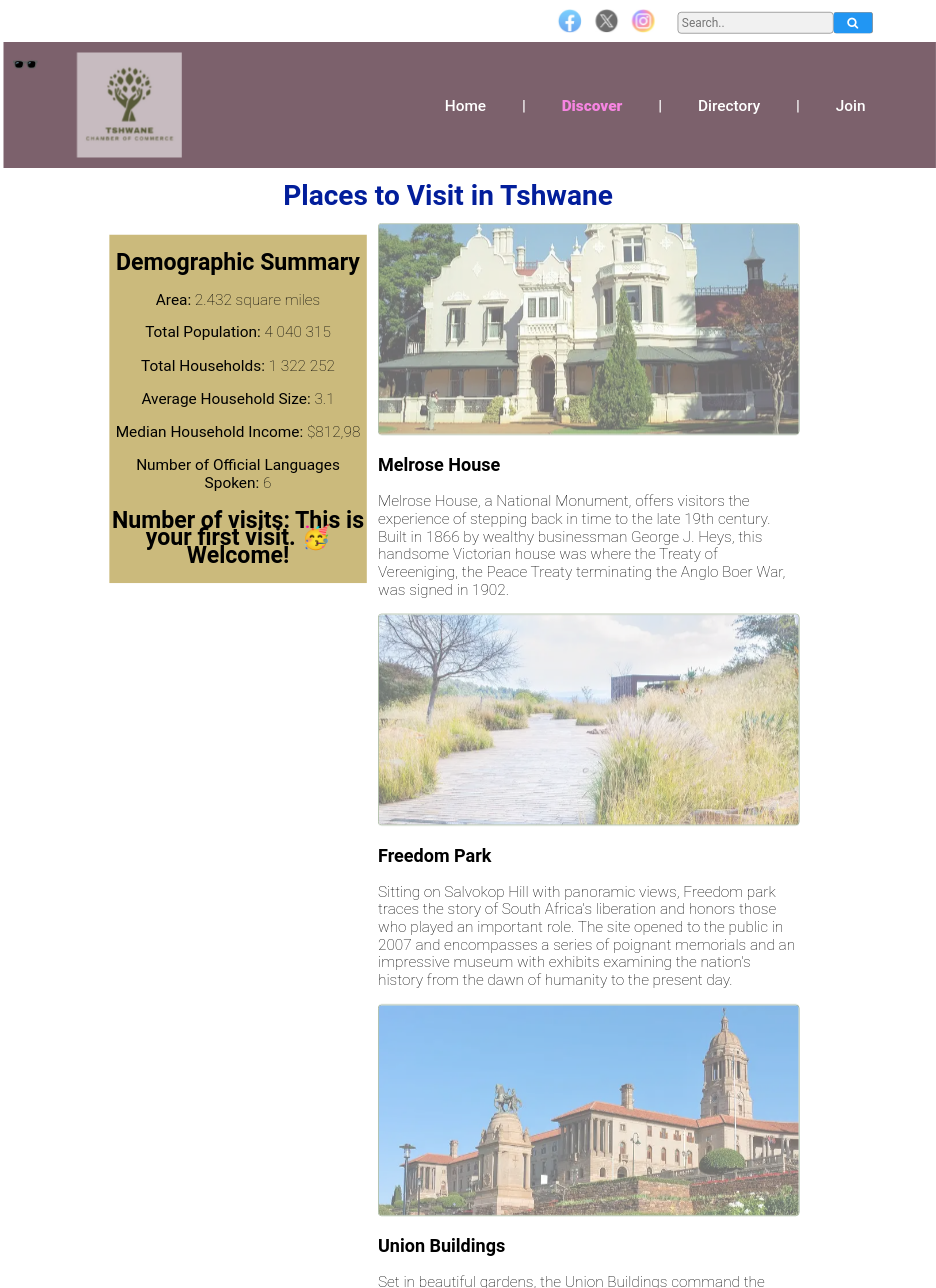
Repository: mszakutumela/wdd230
Page: chamber/discover.html
These files come from the project's save history. The page is drawn as it stood at one moment and after the next save; the edit follows.
The browser window is 1280 px wide. The page is 1337 px wide, so the pictures cover 1337 px, including what lies to the right of the window. The pictures show the part of the page from y = 0 to 1840 px (the page is 4175 px tall), at 70% of full size.
Some web fonts or font styles are not loaded; a fallback is used.

Above is the page before, as saved 2024-02-23 01:25:13.

### chamber/discover.html
<!DOCTYPE html>
<html lang="en">

<head>
    <meta charset="UTF-8">
    <meta http-equiv="X-UA-Compatible" content="IE=edge">
    <meta name="viewport" content="width=device-width, initial-scale=1.0">
    <title>Tshwane Chamber of Commerce Website - Discover Page</title>
    <meta name="description" content="Chamber of Commerce Website, Discover Page. WDD230 Project">
    <meta name="author" content="Ayanda Ndlovu">
    <meta property="og:title" content="Ayanda Ndlovu - Tshwane Chamber of Commerce">
    <meta property="og:type" content="website">
    <meta property="og:image" content="https://upload.wikimedia.org/wikipedia/commons/6/6b/Uniegebou.jpg">
    <meta property="og:url" content="https://mszakutumela.github.io/wdd230/chamber">
    <link rel="preconnect" href="https://fonts.googleapis.com">
    <link rel="preconnect" href="https://fonts.gstatic.com" crossorigin>
    <link
        href="https://fonts.googleapis.com/css2?family=Roboto+Serif:ital,opsz,wght@0,8..144,300;0,8..144,400;0,8..144,500;0,8..144,700;1,8..144,300;1,8..144,400;1,8..144,500;1,8..144,700&display=swap"
        rel="stylesheet">
    <link rel="stylesheet" href="styles/normalize.css">
    <link rel="stylesheet" href="styles/base.css">
    <link rel="stylesheet" href="styles/larger.css">
    <link rel="stylesheet" href="https://cdnjs.cloudflare.com/ajax/libs/font-awesome/4.7.0/css/font-awesome.min.css">
    <link rel="icon" href="favicon.ico">
</head>

<body>
    <header>
        <div class="socialHeader">
            <a href="https://facebook.com" target="_blank">
                <img src="images/FB_icon.webp" alt="fb icon">
            </a>
            <a href="https://twitter.com" target="_blank">
                <img src="images/twitter_icon.webp" alt="twitter icon">
            </a>
            <a href="https://instagram.com" target="_blank">
                <img src="images/Instagram_icon.webp" alt="instagram icon">
            </a>
        </div>
        <div class="container-a">
            <form class="searchBar" action="/action_page.php">
                <input type="text" placeholder="Search.." name="search">
                <button type="submit">
                    <i class="fa fa-search"></i>
                </button>
            </form>
        </div>
        <div id="darkButton">
            🕶️
        </div>
    </header>

    <nav>
        <div id="titleHeader">
            <img id="logoHeader" src="images/Logo(1).webp" alt="Logo of Tshwane Chamber of Commerce Website">
        </div>
        <button id="menuButton"></button>
        <ul class="menuLinks">
            <li><a id="mLinks1" href="index.html" title="Home">Home</a></li>
            <li><a id="line1" title="verticalLine">|</a></li>
            <li class="current-menu-item"><a id="mLinks2" class="active" href="discover.html"
                    title="Discover">Discover</a></li>
            <li><a id="line2" title="verticalLine">|</a></li>
            <li><a id="mLinks3" href="directory.html" title="Directory">Directory</a></li>
            <li><a id="line3" title="verticalLine">|</a></li>
            <li><a id="mLinks4" href="join.html" title="Join">Join</a></li>
        </ul>
    </nav>

    <main>
        <div class="discover">
            <h1>Places to Visit in Tshwane</h1>

            <section class="demographics">
                <h2>Demographic Summary</h2>
                <p><strong>Area:</strong> 2.432 square miles</p>
                <p><strong>Total Population:</strong> 4 040 315</p>
                <p><strong>Total Households:</strong> 1 322 252</p>
                <p><strong>Average Household Size:</strong> 3.1</p>
                <p><strong>Median Household Income:</strong> $812,98</p>
                <p><strong>Number of Official Languages Spoken:</strong> 6</p>
                <h2>Number of visits: <span class="visits"></span></h2>
            </section>
            <hr>
            <section class="discoverIMG">
                <picture>
                    <img src="images/south-africa-pretoria-melrose-house.webp" alt="Melrose House in Tshwane"
                        loading="lazy" width="500" height="auto">
                </picture>
                <h3>Melrose House</h3>
                <p>
                    Melrose House, a National Monument, offers visitors the experience of stepping back in time to the
                    late 19th century.
                    Built in 1866 by wealthy businessman George J. Heys, this handsome Victorian house was where the
                    Treaty of Vereeniging,
                    the Peace Treaty terminating the Anglo Boer War, was signed in 1902.
                </p>
                <picture>
                    <img src="images/south-africa-pretoria-top-attractions-freedom-park.webp"
                        alt="Freedom Park in Tshwane" loading="lazy" width="500" height="auto">
                </picture>
                <h3>Freedom Park</h3>
                <p>
                    Sitting on Salvokop Hill with panoramic views, Freedom park traces the story of South Africa's
                    liberation and honors those who played an important role.
                    The site opened to the public in 2007 and encompasses a series of poignant memorials and an
                    impressive museum with exhibits examining the nation's history
                    from the dawn of humanity to the present day.
                </p>
                <picture>
                    <img src="images/south-africa-pretoria-union-buildings.webp" alt="Union Buildings in Tshwane"
                        loading="lazy" width="500" height="auto">
                </picture>
                <h3>Union Buildings</h3>
                <p>
                    Set in beautiful gardens, the Union Buildings command the highest point of the city on Meintjieskop
                    Hill near historic Church Square, site
                    of the city's first settlement. Designed by Sir Herbert Baker in 1913, this impressive range of
                    sandstone buildings mixes Italian Renaissance,
                    English Renaissance, and Cape Dutch styles. It's the seat of government and also houses the offices
                    of the president and the state archives.
                </p>
                <picture>
                    <img src="images/south-africa-pretoria-voortrekker-monument.webp"
                        alt="Voortrekker Monument in Tshwane" loading="lazy" width="500" height="auto">
                </picture>
                <h3>Voortrekker Monument</h3>
                <p>
                    High on a hilltop south of the city center, the Voortrekker Monument is a South African National
                    Heritage site and one of the country's most visited
                    historic monuments. It was built in 1949 to commemorate the Voortrekkers, the Boers who pushed
                    northward into unknown territory in the mid 19th-century.
                    This 40-meter-high square granite structure is a prominent landmark in the city with steps leading
                    up to the Hall of Heroes, where 27 marble reliefs depict
                    the Great Trek of 1838. Surrounding the monument is a wall depicting ox-wagons representing the trek
                    wagons. On 16 December each year, a shaft of sunlight
                    shines through an opening in the dome and illuminates a cenotaph below, which reads. "Ons vir jou,
                    Suid-Afrika" ("We are for you, South Africa").
                </p>
                <picture>
                    <img src="images/south-africa-pretoria-zoo.webp" alt="Zoo in Tshwane" loading="lazy" width="500"
                        height="auto">
                </picture>
                <h3>Tshwane Zoo</h3>
                <p>
                    Spanning 85 hectares, the National Zoological Gardens of South Africa provides a full day of animal
                    fun for the family. This large zoo encompasses a
                    walk-through aviary, a reptile house with a collection of animals from all over the world, as well
                    as the country's only inland aquarium where visitors
                    can see many species of fish including ragged tooth sharks. Among the large mammal collection,
                    highlights include the lion and tiger exhibit, hippos,
                    and elephants. To tour the zoo, visitors can rent golf carts by the hour, ride the cableway for a
                    bird's-eye view, or stroll along the paths for a close-up
                    look at the animals; wear comfortable shoes as the grounds are expansive. Night visits and overnight
                    camping adventures are also available.
                </p>
                <picture>
                    <img src="images/ditsong-museum-south-africa-pretoria.webp" alt="Ditsong Museum in Tshwane"
                        loading="lazy" width="500" height="auto">
                </picture>
                <h3>Ditsong Museum</h3>
                <p>
                    Ditsong Museums of South Africa is a group of eight national museums with significant cultural
                    collections. The Ditsong National Museum of Natural History,
                    formerly known as the Transvaal Museum, has an extraordinary collection of mammals, amphibians,
                    fossils, geological specimens, and archaeological material.
                </p>
            </section>

        </div>
    </main>

    <footer>
        <div class="socialFooter">
            <a href="https://facebook.com" target="_blank">
                <img src="images/FB_icon.webp" alt="fb icon">
            </a>
            <a href="https://twitter.com" target="_blank">
                <img src="images/twitter_icon.webp" alt="twitter icon">
            </a>
            <a href="https://instagram.com" target="_blank">
                <img src="images/Instagram_icon.webp" alt="instagram icon">
            </a>
        </div>
        <div class="footer-info">
            <p>
                &copy; <span id="year"></span> | Tshwane Chamber of Commerce | WDD230 Project | Ayanda Ndlovu |
                Centurion
                - South Africa
            </p>
            <p>Last modified: <span id="lastModified"></span></p>
        </div>
        <div id="titleFooter">
            <a href="index.html">
                <img id="logoFooter" src="images/Logo(1).webp" alt="Logo of Tshwane Chamber of Commerce Website">
            </a>
        </div>
    </footer>
    <script src="scripts/scripts.js"></script>
</body>

</html>

### chamber/styles/larger.css
@media screen and (min-width: 700px) {
    nav {
        width: 97%;
        gap: 20rem;
    }

    /* li.current-menu-item a {
        background-color: none;
    } */

    nav #line1,
    #line2,
    #line3 {
        display: block;
    }

    ul.menuLinks li a {
        display: block;
        color: white;
        padding: .75rem 2vw;
        text-decoration: none;
    }

    .menuLinks li #mLinks1:hover {
        /* background-color: #E5E9EC; */
        /* color: #462230; */
        text-decoration: underline;
        color: black;
        font-weight: 900;
        display: flex;
    }

    .menuLinks li #mLinks2:hover {
        /* background-color: #E5E9EC; */
        /* color: #462230; */
        text-decoration: underline;
        color: black;
        font-weight: 900;
        display: flex;
    }

    .menuLinks li #mLinks3:hover {
        /* background-color: #E5E9EC; */
        /* color: #462230; */
        text-decoration: underline;
        color: black;
        font-weight: 900;
        display: flex;
    }

    .menuLinks li #mLinks4:hover {
        /* background-color: #E5E9EC; */
        /* color: #462230; */
        text-decoration: underline;
        color: black;
        font-weight: 900;
        display: flex;
    }

    #menuButton {
        display: none;
    }

    ul.menuLinks,
    ul.menuLinks.open {
        display: flex;
        justify-content: flex-end;
    }

    .menuLinks {
        display: flex;
        flex-direction: row;
        padding: 0;
    }

    .menuLinks li {
        display: block;
        flex: 1 1 100%;
        text-align: center;
    }

    /* .hero span {
        font-size: 2rem;
    }

    .hero img {
        width: 100%;
        height: auto;
    } */

    /* .wddTitle {
        font-size: 1.75em;
    } */

    /* .card-grid {
        display: grid;
        grid-template-columns: 1fr 1fr 1fr;
    }

    .card-grid section:nth-child(1) {
        grid-column: span 2;
    } */

    div.list section {
        display: grid;
        grid-template-columns: 1fr 2fr 1fr 1fr 1fr;
    }

    /* header, nav, main, footer {
        max-width: 64em;
        margin:auto;
    } */

    main .joinTitle {
        display: flex;
        justify-content: center;
    }

    section.levelsInfo {
        height: 470px;
    }

    /* Discover Page */

    div.discover {
        max-width: 1000px;
        margin: 0 auto;
        display: grid;
        grid-template-columns: 1fr 1.5fr;
        background-color: transparent;
    }

    div.discover h1 {
        grid-column: 1 / -1;
        grid-row: 1 / 2;
        font-size: 2.5rem;
    }

    div.discover hr {
        display: none;
    }

    section.demographics {
        background-color: rgba(181, 157, 69, 0.7);
        align-self: flex-start;
        position: sticky;
        top: 20%;
    }

    section.discoverIMG {
        transition: transform 0.5s;
    }

    section.discoverIMG img:hover {
        border: none;
        transform: scale(1.02);
        box-shadow: 3px 3px 10px #224b0c;
    }

    footer .footer-info {
        display: flex;
        flex-direction: row;
        justify-content: space-between;
    }

    #logoFooter {
        max-width: 125px;
        justify-self: center;
        align-self: center;
    }

    footer {
        width: 100%;
    }
}

Loaded but not shown: chamber/styles/normalize.css (library); chamber/scripts/scripts.js (70 lines, source omitted); chamber/styles/base.css (625 lines, source omitted)

After the next save:
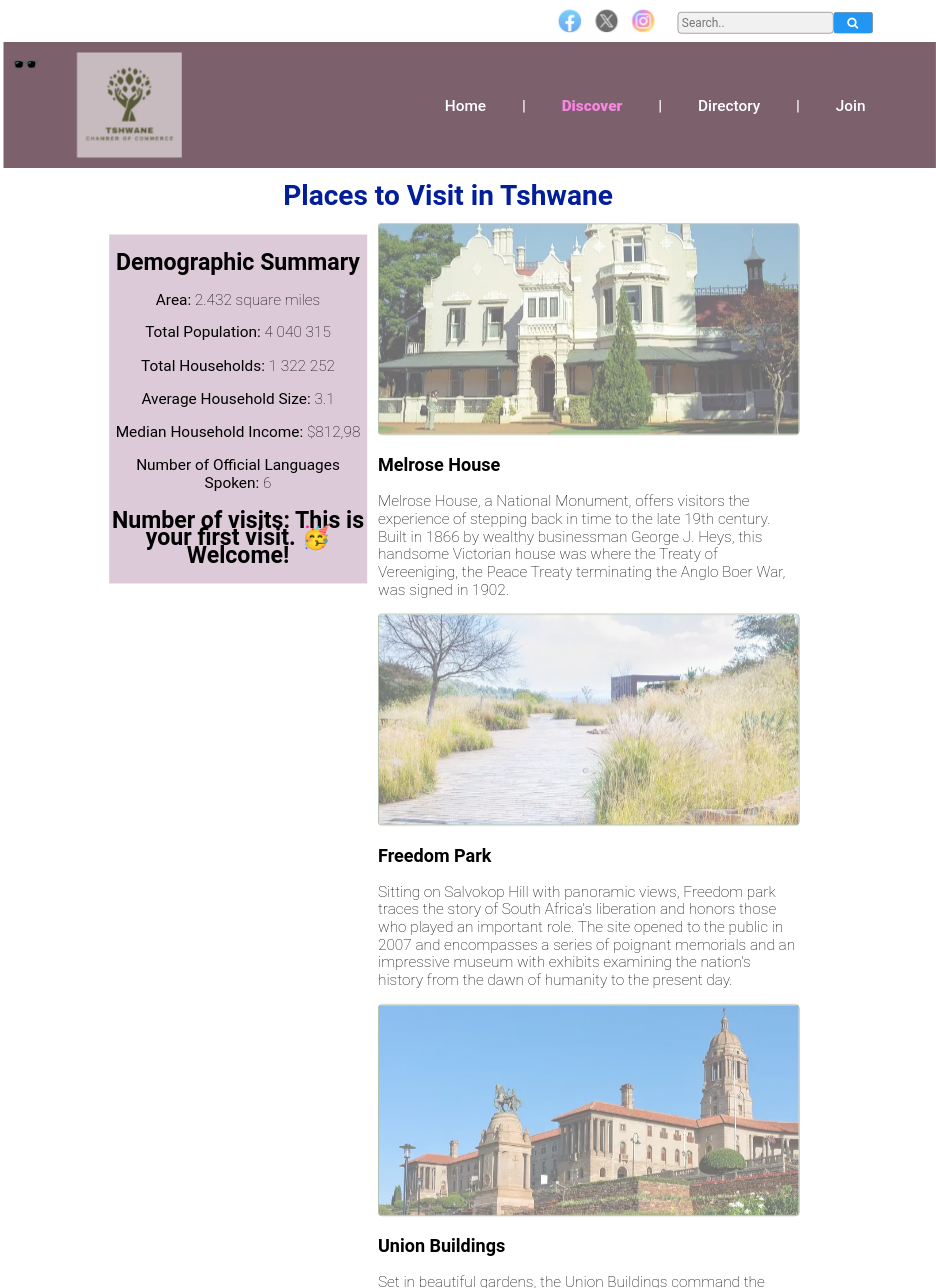
Saved 3 min 4 s later.
--- a/chamber/styles/larger.css
+++ b/chamber/styles/larger.css
@@ -141,7 +141,7 @@
     }
 
     section.demographics {
-        background-color: rgba(181, 157, 69, 0.7);
+        background-color: #DDCAD9 ;
         align-self: flex-start;
         position: sticky;
         top: 20%;
